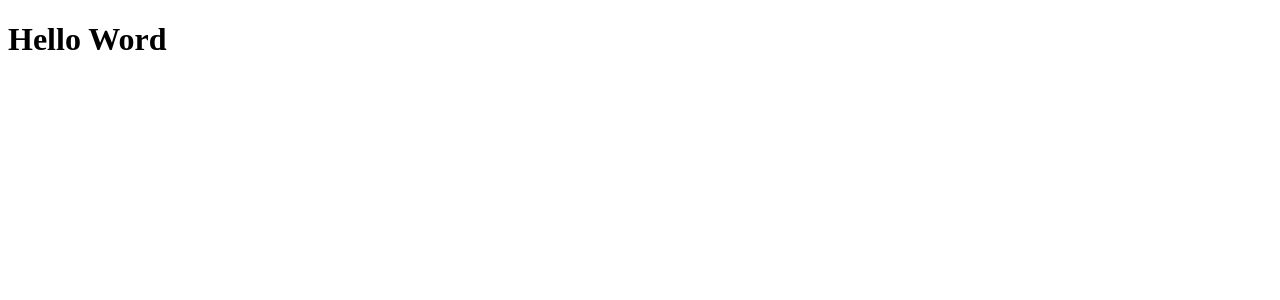
Repository: soualexandre/github-explore
Page: /
An editor plug-in stored every save of this project. The page is shown before and after the next save, followed by the edit.
The browser window is 1280 px wide. The pictures show the whole page.
The project was rebuilt for these pictures with package versions that can differ from the ones it lists, and the page was loaded fresh each time. Also part of the build but not shown: webpack.config.js.

Above is the page before, as saved 2021-07-08 16:33:13.

### public/index.html
<!DOCTYPE html>
<html lang="en">
<head>
    <meta charset="UTF-8">
    <meta http-equiv="X-UA-Compatible" content="IE=edge">
    <meta name="viewport" content="width=device-width, initial-scale=1.0">
    <title>Github Explore</title>
</head>
<body>
    <div id="root"></div>
    <script src="../dist/bundle.js"></script>
</body>
</html>

### src/index.jsx
import {render} from 'react-dom'
import {App} from './App'
render(
    <App/>,
     document.getElementById("root"))

### src/App.jsx
import React from 'react'

export function App(){
    return <h1>Hello Word</h1>
}

After the next save:
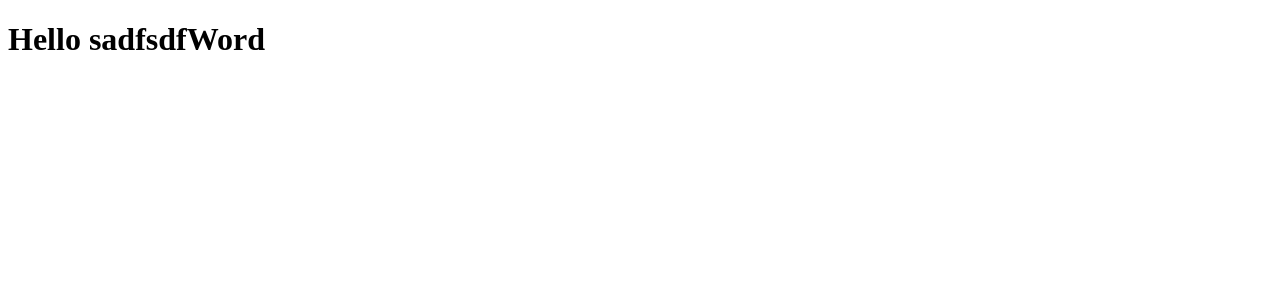
Saved 27 s later.
--- a/src/App.jsx
+++ b/src/App.jsx
@@ -1,5 +1,5 @@
 import React from 'react'
 
 export function App(){
-    return <h1>Hello Word</h1>
+    return <h1>Hello sadfsdfWord</h1>
 }

After the save that followed:
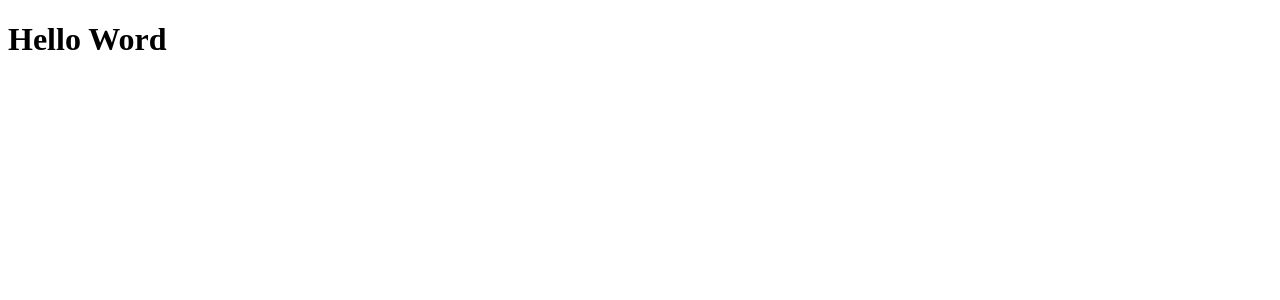
Saved 4 s later.
--- a/src/App.jsx
+++ b/src/App.jsx
@@ -1,5 +1,5 @@
 import React from 'react'
 
 export function App(){
-    return <h1>Hello sadfsdfWord</h1>
+    return <h1>Hello Word</h1>
 }
